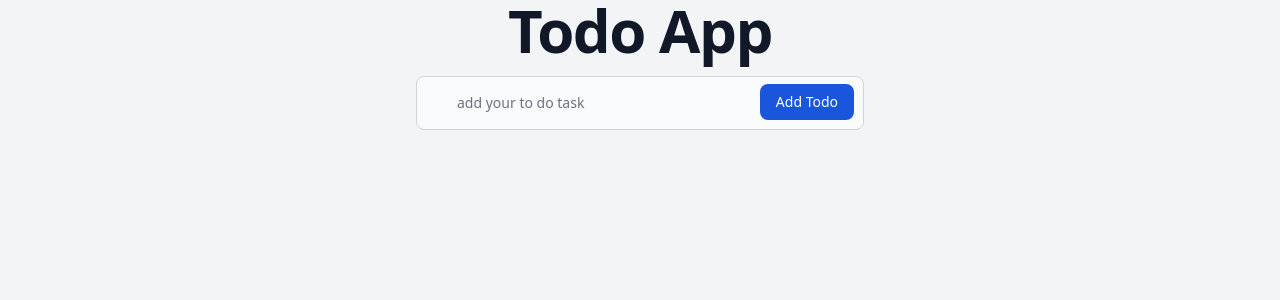
Repository: sodmaq/Todo-App
Page: /
An editor plug-in stored every save of this project. The page is shown before and after the next save, followed by the edit.
The browser window is 1280 px wide. The pictures show the whole page.
The project was rebuilt for these pictures with package versions that can differ from the ones it lists, and the page was loaded fresh each time. Also part of the build but not shown: vite.config.js, src/components/TodoItem.jsx.

Above is the page before, as saved 2024-09-03 17:58:02.

After the next save:
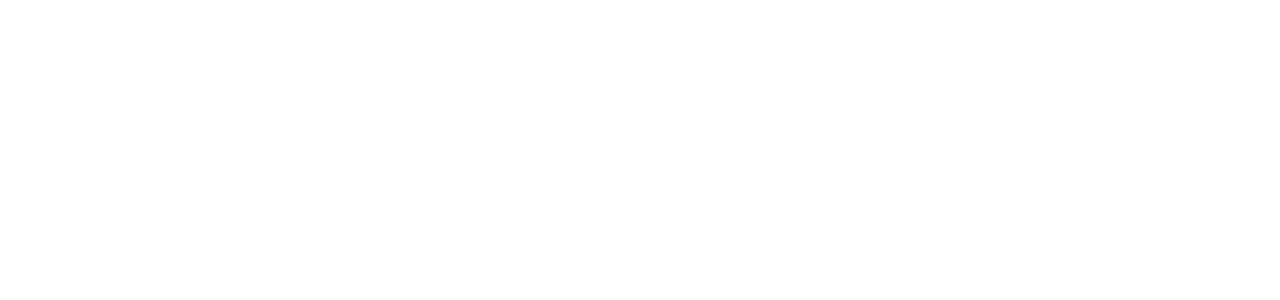
Console error: ReferenceError: editTodo is not defined
Saved 50 s later.
--- a/src/App.jsx
+++ b/src/App.jsx
@@ -33,6 +33,7 @@
           todos={todos}
           toggleComplete={toggleComplete}
           deleteTodo={deleteTodo}
+          editTodo={editTodo}
         />
       </div>
     </body>

After the save that followed:
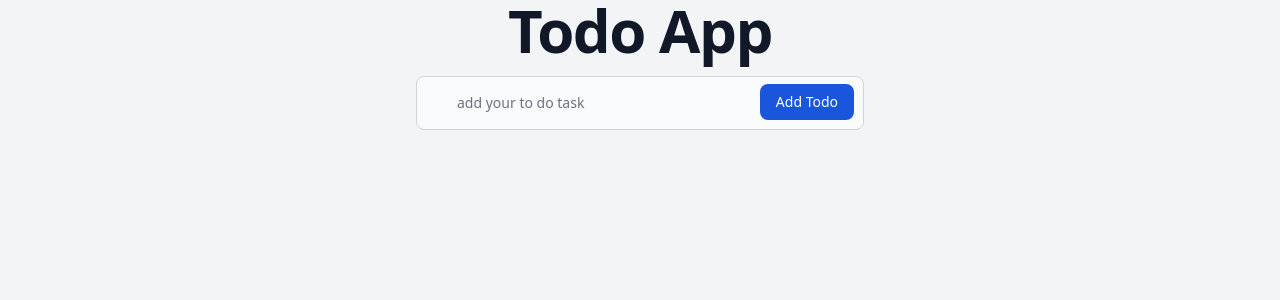
The error is gone.
Saved 16 s later.
--- a/src/App.jsx
+++ b/src/App.jsx
@@ -18,6 +18,10 @@
         todo.id === id ? { ...todo, completed: !todo.completed } : todo
       )
     );
+  };
+
+  const editTodo = (id, text) => {
+    setTodos(todos.map((todo) => (todo.id === id ? { ...todo, text } : todo)));
   };
 
   const deleteTodo = (id) => {
